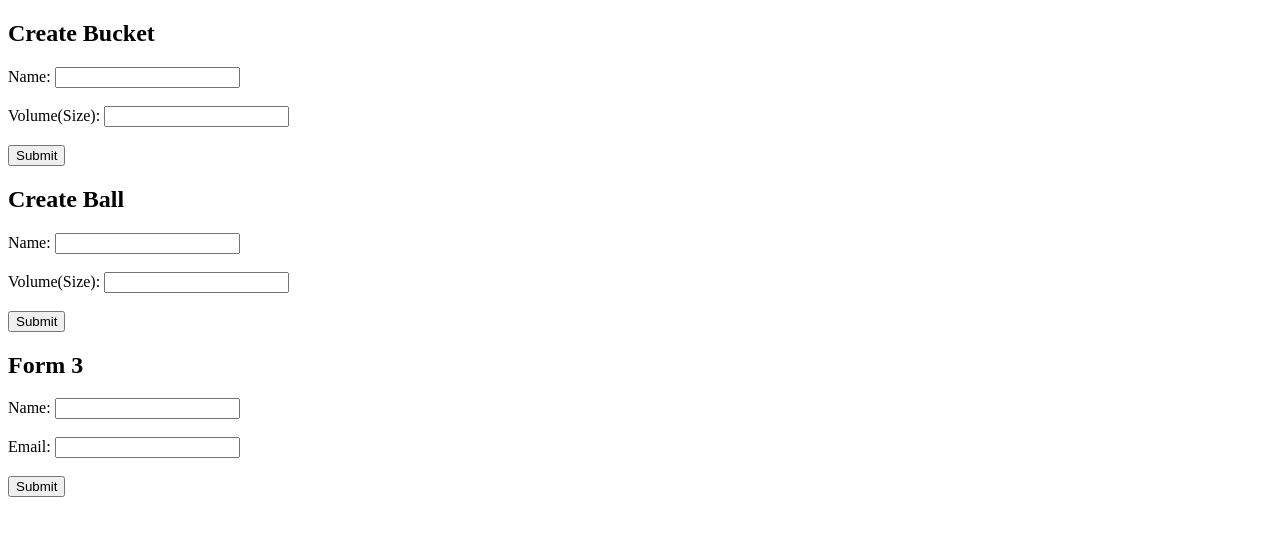
Repository: RajatPalankar8/nodejs_bucket_ball_task_new
Page: http://localhost/
An editor plug-in stored every save of this project. The page is shown before and after the next save, followed by the edit.
The browser window is 1280 px wide. The pictures show the whole page.
The page is served by the project's Node server (index.js).

Above is the page before, as saved 2023-07-17 10:17:45.
Console error: ReferenceError: handleSubmit is not defined

After the next save:
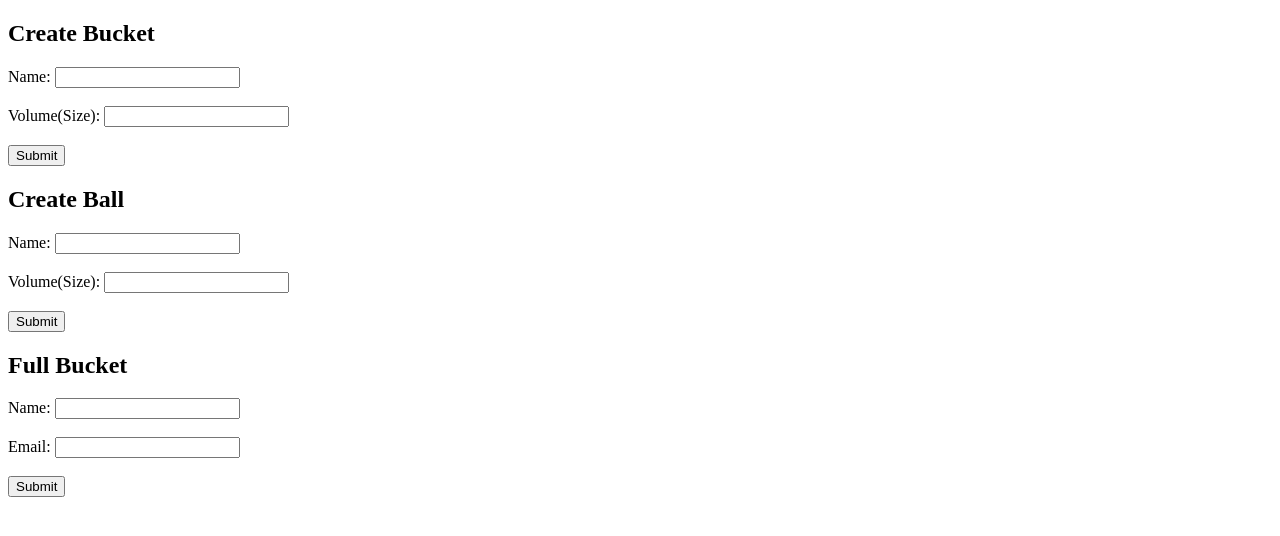
Saved 16 s later.
--- a/views/index.ejs
+++ b/views/index.ejs
@@ -21,11 +21,11 @@
     <label for="email1">Volume(Size):</label>
     <input type="text" id="vol" name="vol" required><br><br>
     <input type="submit" value="Submit">
-    <p id="form1-response"></p>
+    <p id="form2-response"></p>
   </form>
 
   <form id="form3">
-    <h2>Form 3</h2>
+    <h2>Full Bucket</h2>
     <label for="name3">Name:</label>
     <input type="text" id="name3" name="name3" required><br><br>
     <label for="email3">Email:</label>
